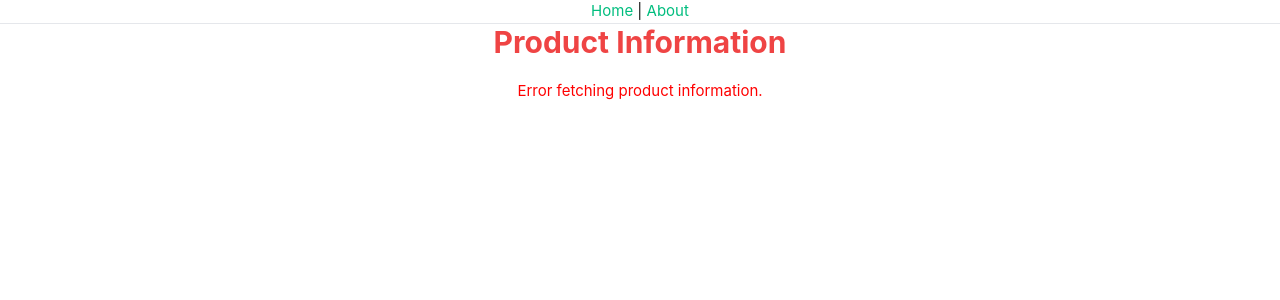
Repository: loktioncode/vectra-shop
Page: /
The author's editor kept a copy of each file at every save. The page is drawn from the files as they stood at one save, then again after the next save.
The browser window is 1280 px wide. The pictures show the whole page.
The page's requests for data from a server got no answer. The project was rebuilt for these pictures with package versions that can differ from the ones it lists, and the page was loaded fresh each time. No one was signed in, and anything a server would have sent is missing. Also part of the build but not shown: vite.config.ts.

Above is the page before, as saved 2023-09-20 15:02:36.

After the next save:
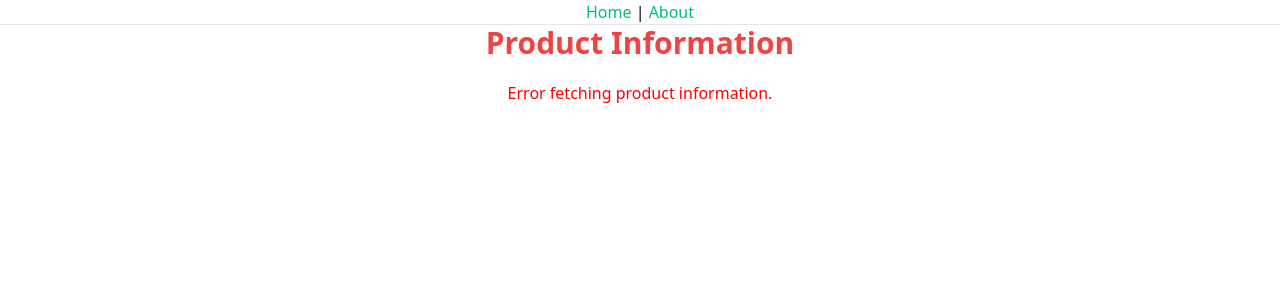
Saved 11 s later.
--- a/src/assets/main.css
+++ b/src/assets/main.css
@@ -1,7 +1,8 @@
-@import './base.css';
 @tailwind base;
 @tailwind components;
 @tailwind utilities;
+
+@import './base.css';
 
 a,
 .green {
